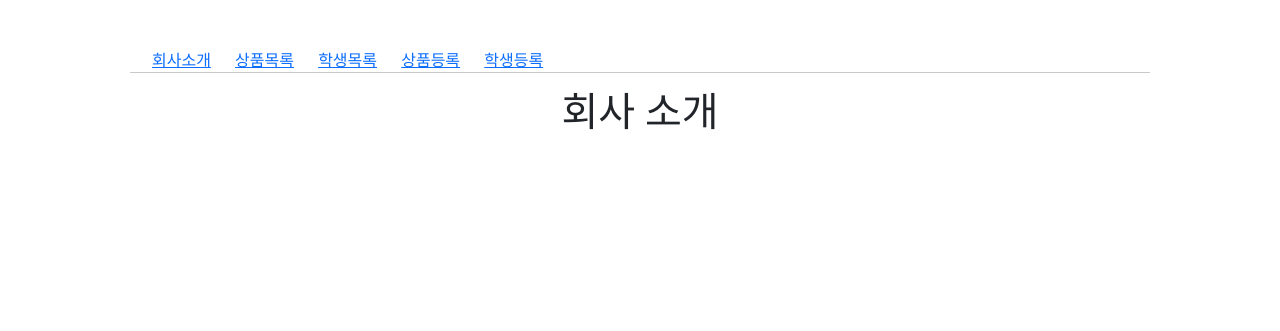
Repository: gwangso/web
Page: http://localhost/ex01/
The author's editor kept a copy of each file at every save. The page is drawn from the files as they stood at one save, then again after the next save.
The browser window is 1280 px wide. The pictures show the whole page.
Some web fonts or font styles are not loaded; a fallback is used. The page is served by Tomcat 9.

Above is the page before, as saved 2023-07-24 07:54:39.

After the next save:
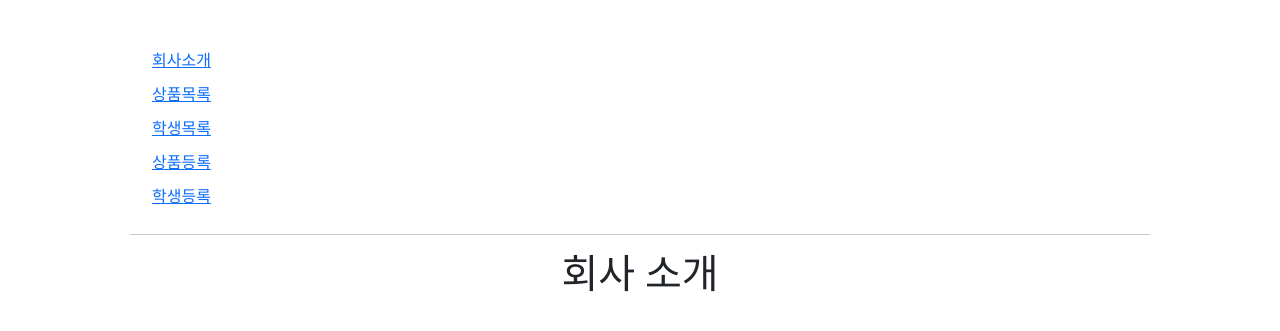
Saved 34 s later.
--- a/ex01/src/main/webapp/home.jsp
+++ b/ex01/src/main/webapp/home.jsp
@@ -29,7 +29,7 @@
 <div class="container">
 	<div class="row m-5">
 		<div class="col">
-			<div>
+			<div class="row mb-3">
 				<a href="/products">회사소개</a>
 				<a href="/products/pro/list">상품목록</a>
 				<a href="/products/stu/list">학생목록</a>
